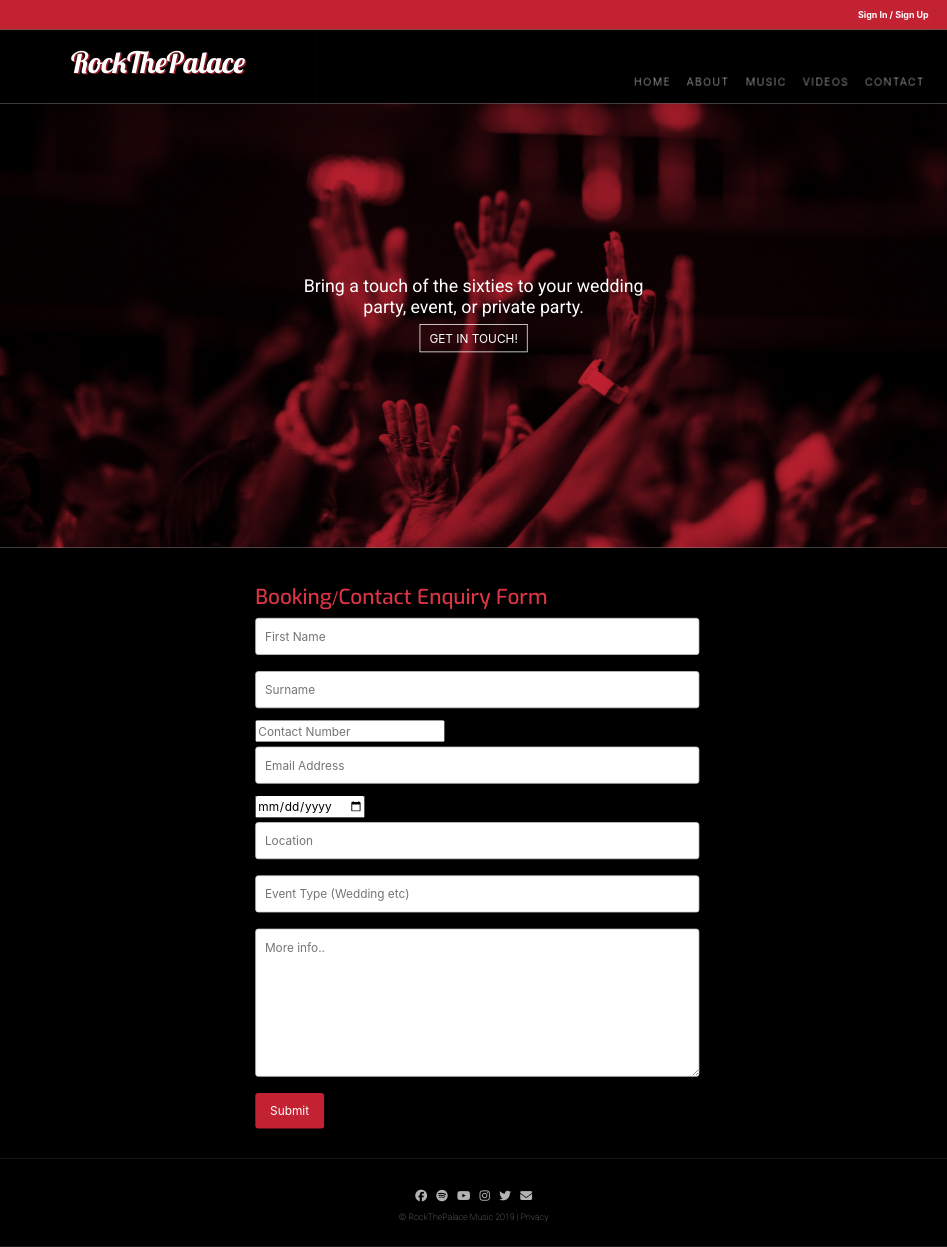
Repository: AhmedSabik/Mile-Stone-Project-Trial-2
Page: contact.html
The author's editor kept a record of every edit. The page is drawn from the files as they stood at one moment, then again after the next edit.
The browser window is 1280 px wide. The pictures show the whole page, at 74% of full size.
Backgrounds fixed to the window are drawn as part of the page. Some web libraries are served in a nearby version.

Above is the page before.

After the next edit:
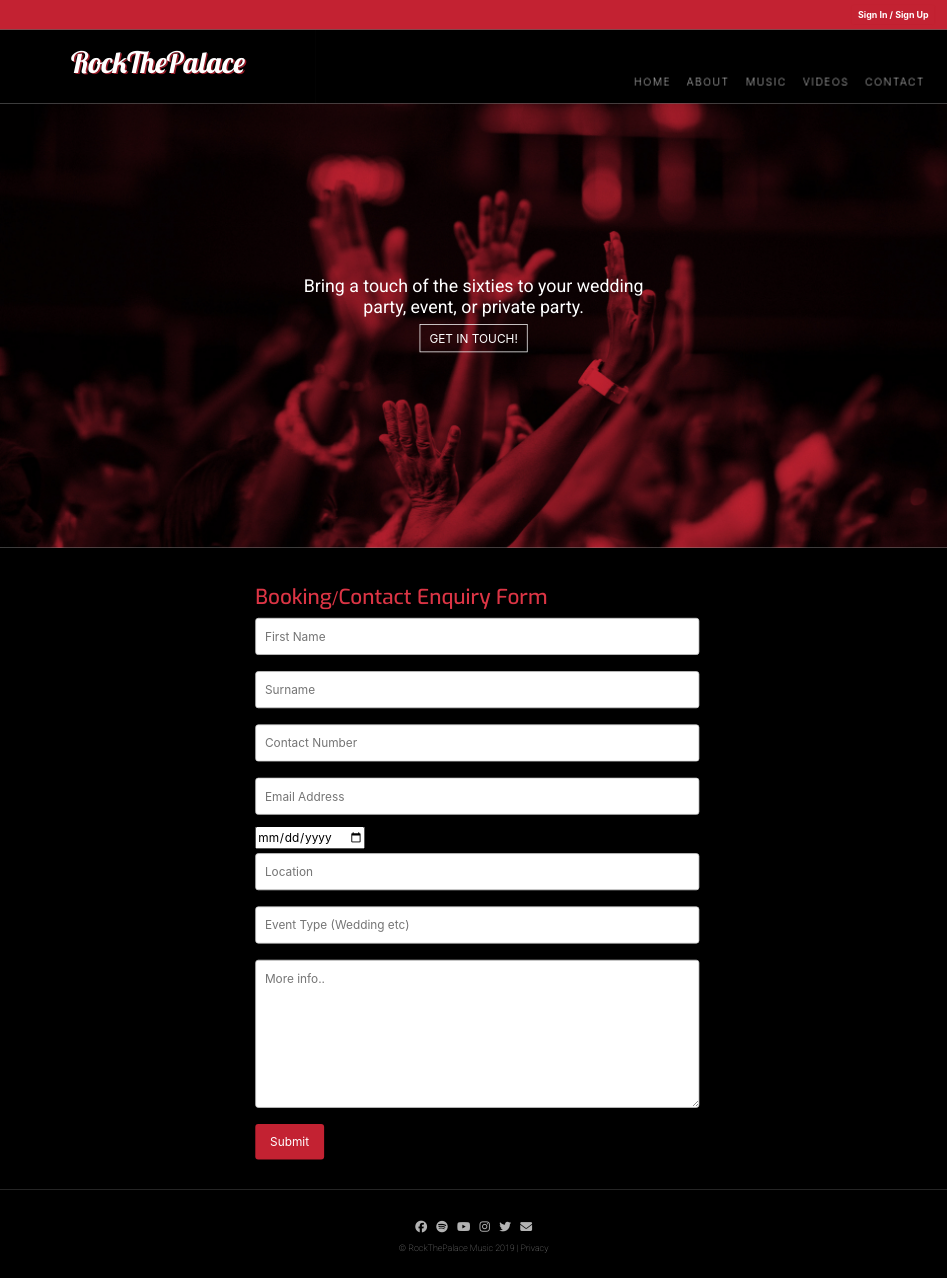
The edit:
--- a/css/style.css
+++ b/css/style.css
@@ -666,6 +666,17 @@
   resize: vertical
 }
 
+input[type=tel], select, textarea {
+  width: 100%;
+  padding: 12px;
+  border: 1px solid #ccc;
+  border-radius: 4px;
+  box-sizing: border-box;
+  margin-top: 6px;
+  margin-bottom: 16px;
+  resize: vertical
+}
+
 
 input[type=submit] {
   background-color: #c32232;
